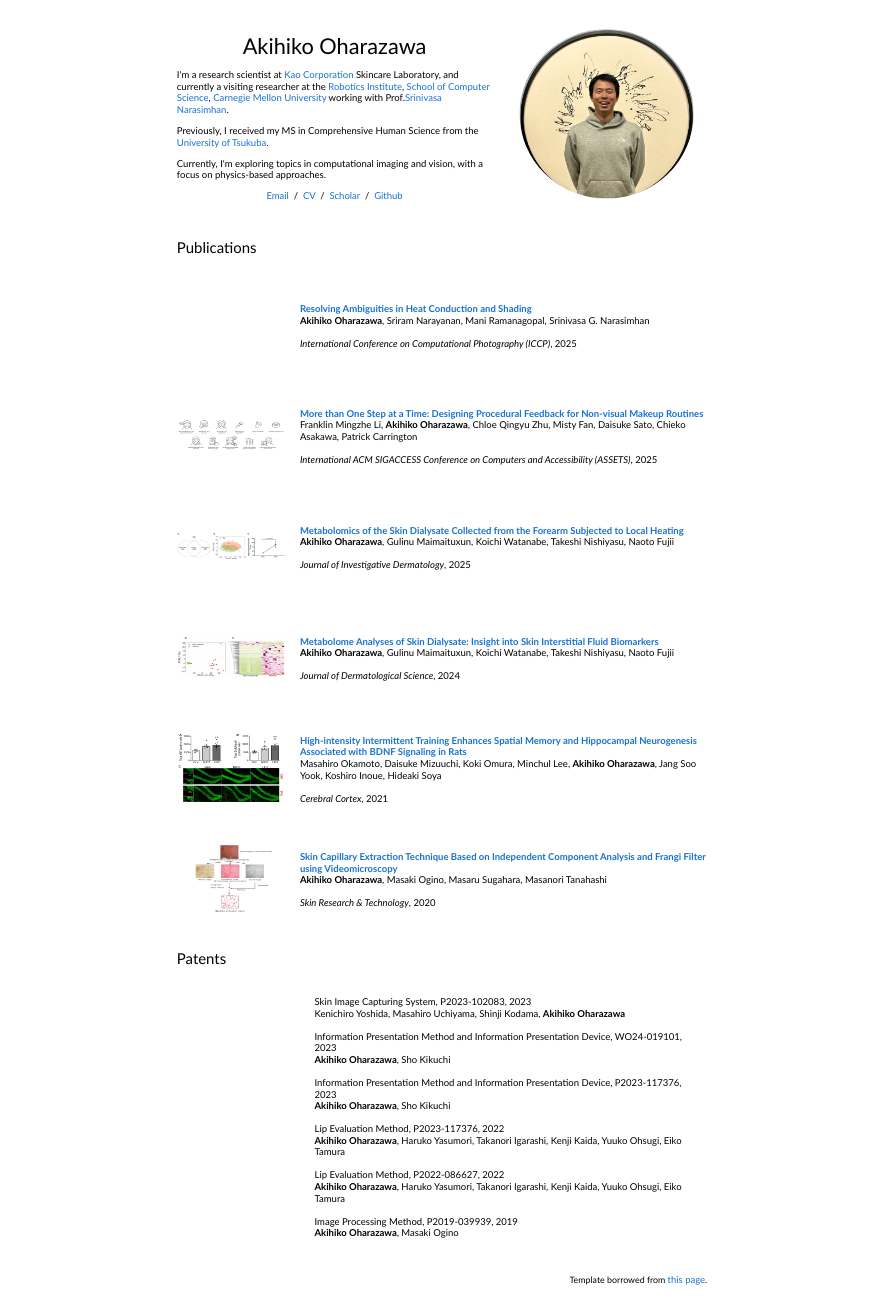
Repository: akihikooharazawa/akihikooharazawa.github.io
Page: index.html
The author's editor kept a copy of each file at every save. The page is drawn from the files as they stood at one save, then again after the next save.
The browser window is 1280 px wide. The pictures show the whole page, at 68% of full size.
Pictures or frames that could not be fetched are drawn as grey boxes.

Above is the page before, as saved 2025-07-25 12:23:38.

After the next save:
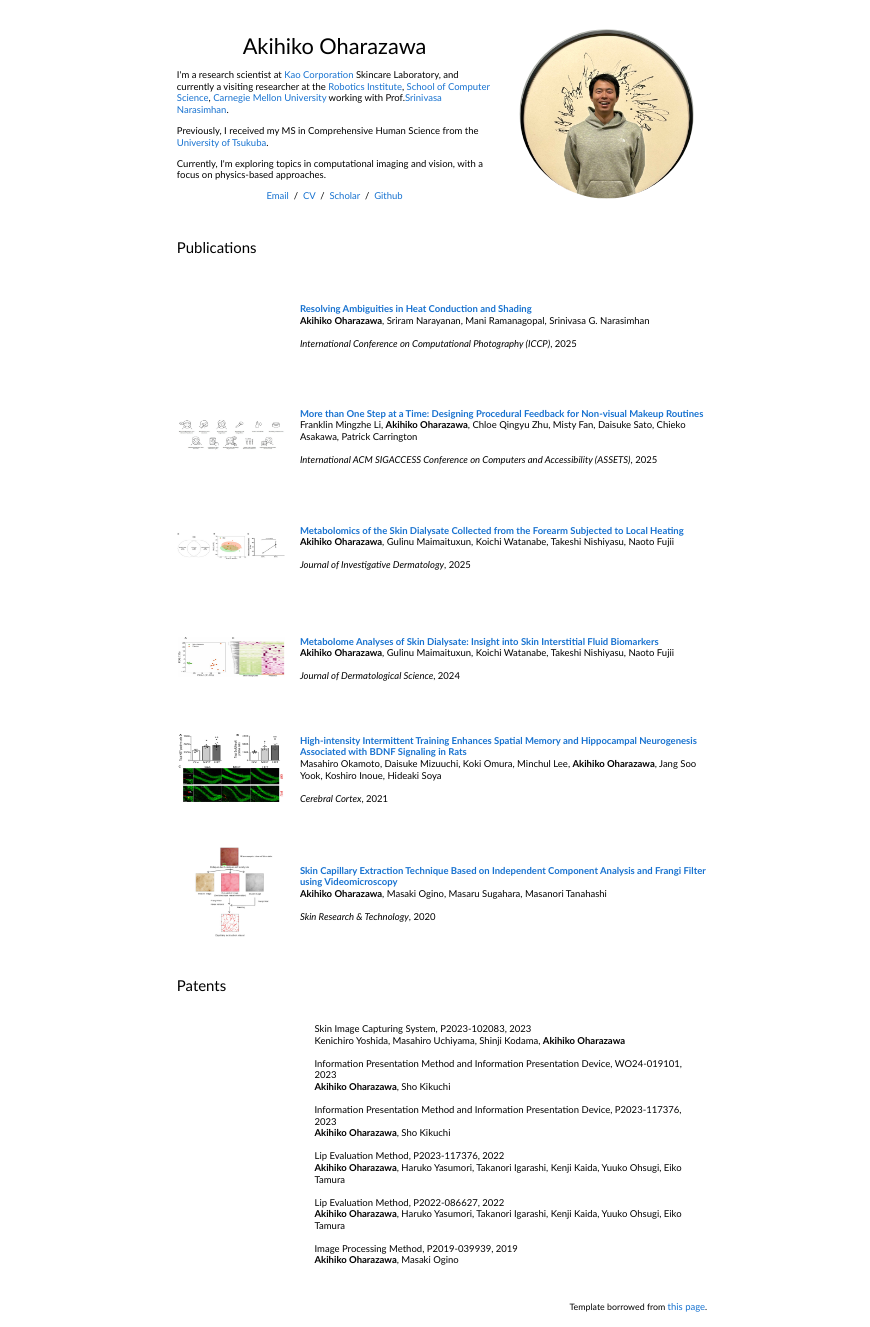
Saved 100 s later.
--- a/index.html
+++ b/index.html
@@ -163,7 +163,7 @@
             <!-- Skin Research & Technology 2020 -->
             <tr>
               <td style="padding:20px;width:25%;vertical-align:middle">
-                <img src="static/images/2020SRT.png" alt="2020SRT.png" width="160" height="120" style="border-style: none">
+                <img src="static/images/2020SRT.png" alt="2020SRT.png" width="160" height="160" style="border-style: none">
               </td>
               <td width="75%" valign="middle">
                 <a href="https://onlinelibrary.wiley.com/doi/10.1111/srt.12850">
